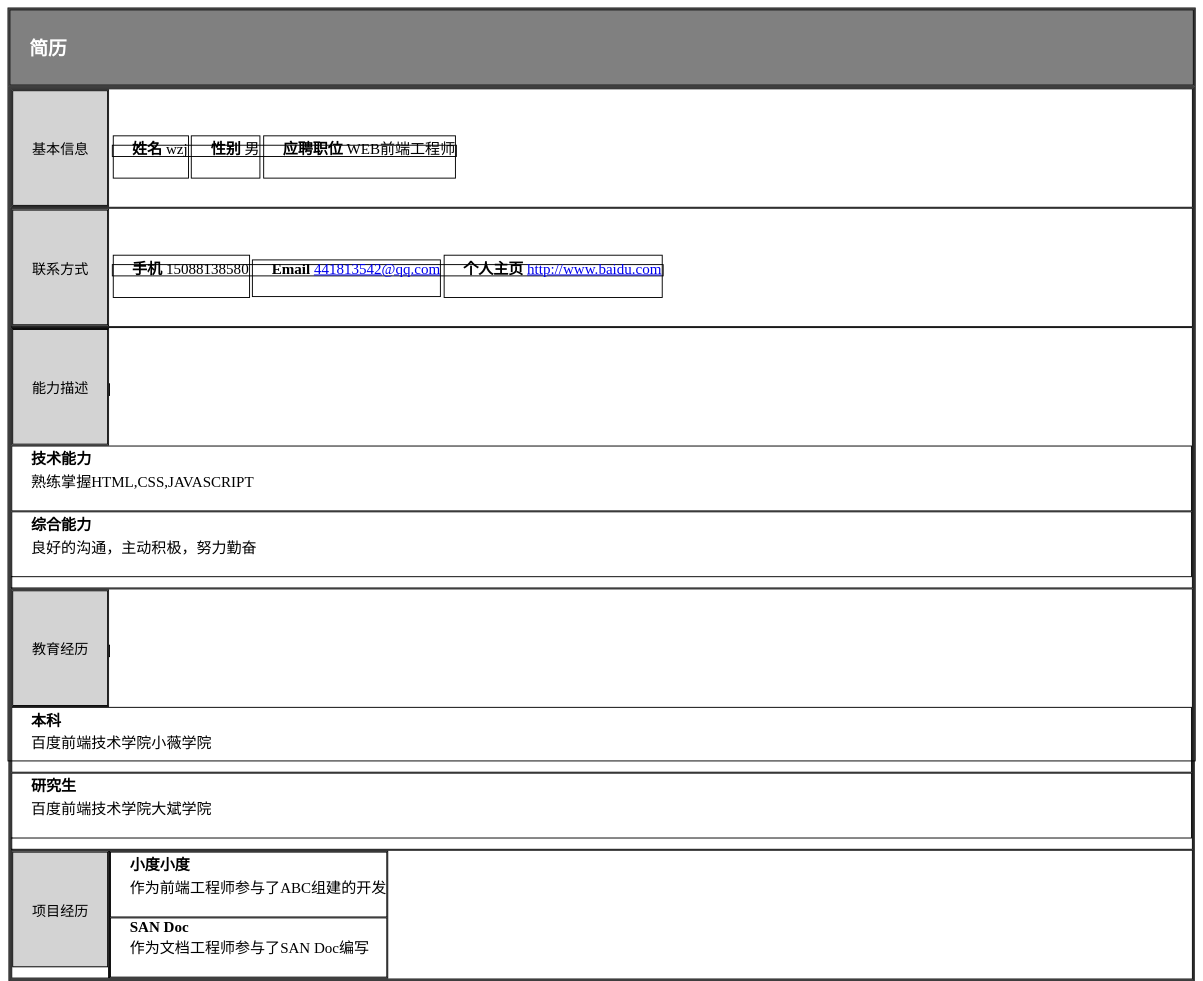
Repository: w441813542/webrecord
Page: day6_day7/jianli.html
The author's editor kept a copy of each file at every save. The page is drawn from the files as they stood at one save, then again after the next save.
The browser window is 1280 px wide. The pictures show the whole page, at 94% of full size.

Above is the page before, as saved 2021-03-09 14:41:16.

After the next save:
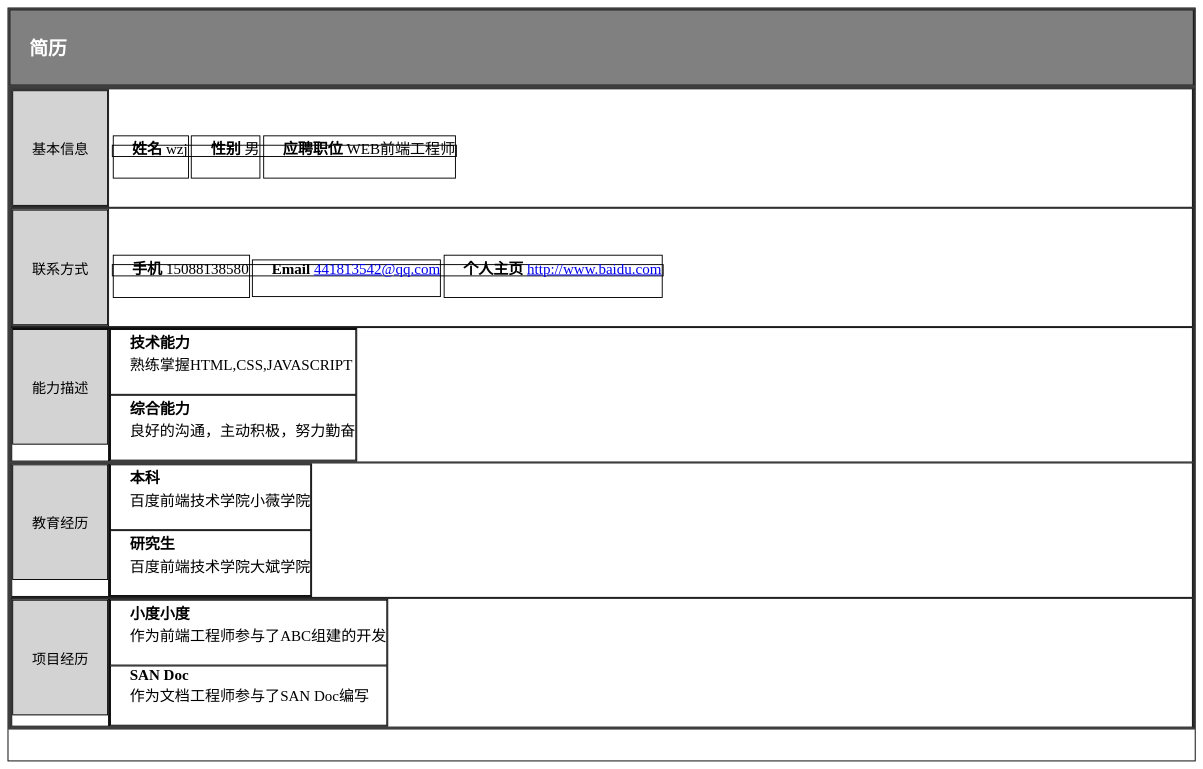
Saved 19 s later.
--- a/day6_day7/jianli.html
+++ b/day6_day7/jianli.html
@@ -37,7 +37,7 @@
             <div class="td"><span>个人主页</span> <a href="http://www.baidu.com">http://www.baidu.com</a></div>
           </div>
         </div>
-        <div class="part">
+        <div class="part flex">
           <div class="part_left">
             <div class="th">能力描述</div>
           </div>
@@ -46,7 +46,7 @@
             <div class="td msgtd block"><span class="block">综合能力</span> 良好的沟通，主动积极，努力勤奋</div>
           </div>
         </div>
-        <div class="part">
+        <div class="part flex">
           <div class="part_left">
             <div class="th">教育经历</div>
           </div>
